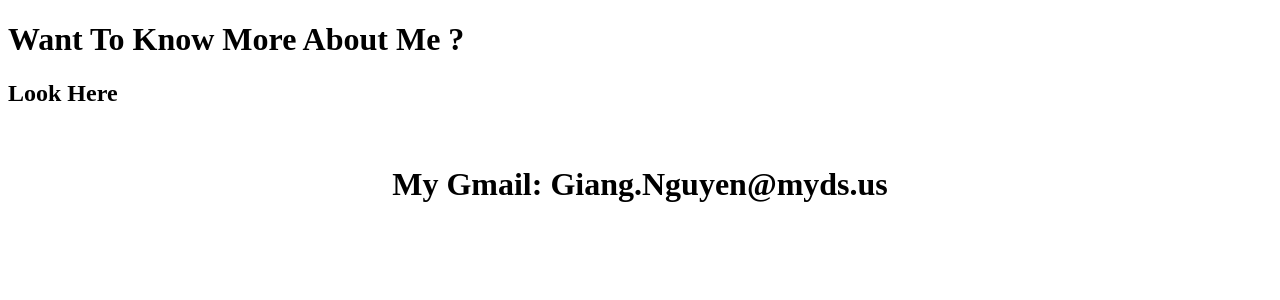
Repository: GiangNguyen2805/GiangNguyen2805.github.io
Page: contactme.html
The author's editor kept a record of every edit. The page is drawn from the files as they stood at one moment, then again after the next edit.
The browser window is 1280 px wide. The pictures show the whole page.

Above is the page before.

After the next edit:
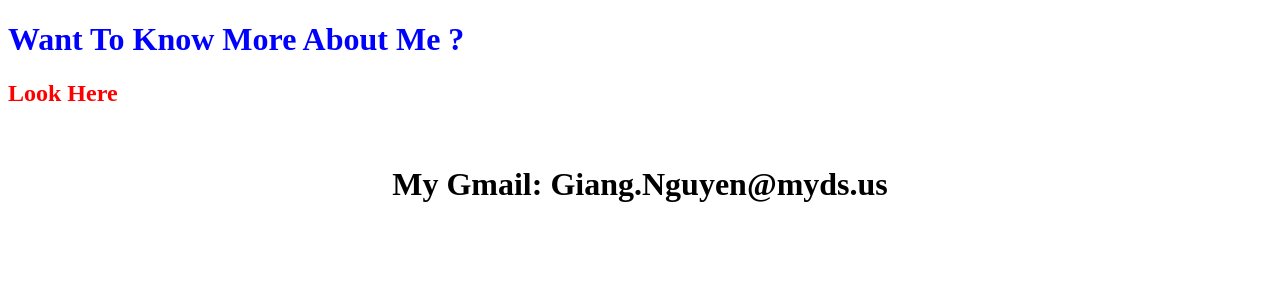
The edit:
--- a/contactme.html
+++ b/contactme.html
@@ -5,8 +5,8 @@
 
 </style>
 </head>
- <h1> Want To Know More About Me ?</h1>
- <h2> Look Here</h2>
+ <h1 style="color:blue;"> Want To Know More About Me ?</h1>
+ <h2 style="color:red;"> Look Here</h2>
 
  <br>
  <h1 style="text-align:center;">My Gmail: Giang.Nguyen@myds.us</h1>
